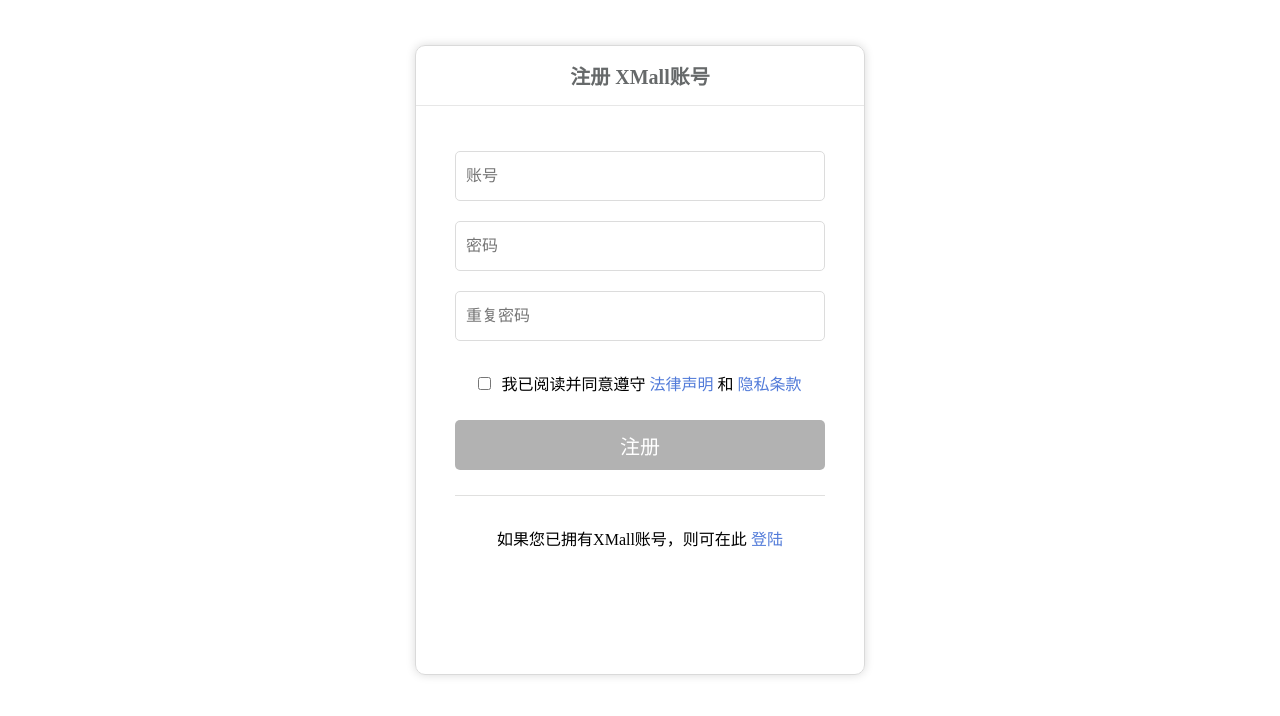
Repository: dingqihui1997/xmall-demo
Page: /signin
An editor plug-in stored every save of this project. The page is shown before and after the next save, followed by the edit.
The browser window is 1280 px wide. The pictures show the whole page.
The project was rebuilt for these pictures with package versions that can differ from the ones it lists, and the page was loaded fresh each time. Also part of the build but not shown: vue.config.js, src/views/Home.vue.

Above is the page before, as saved 2021-06-29 17:25:42.

After the next save:
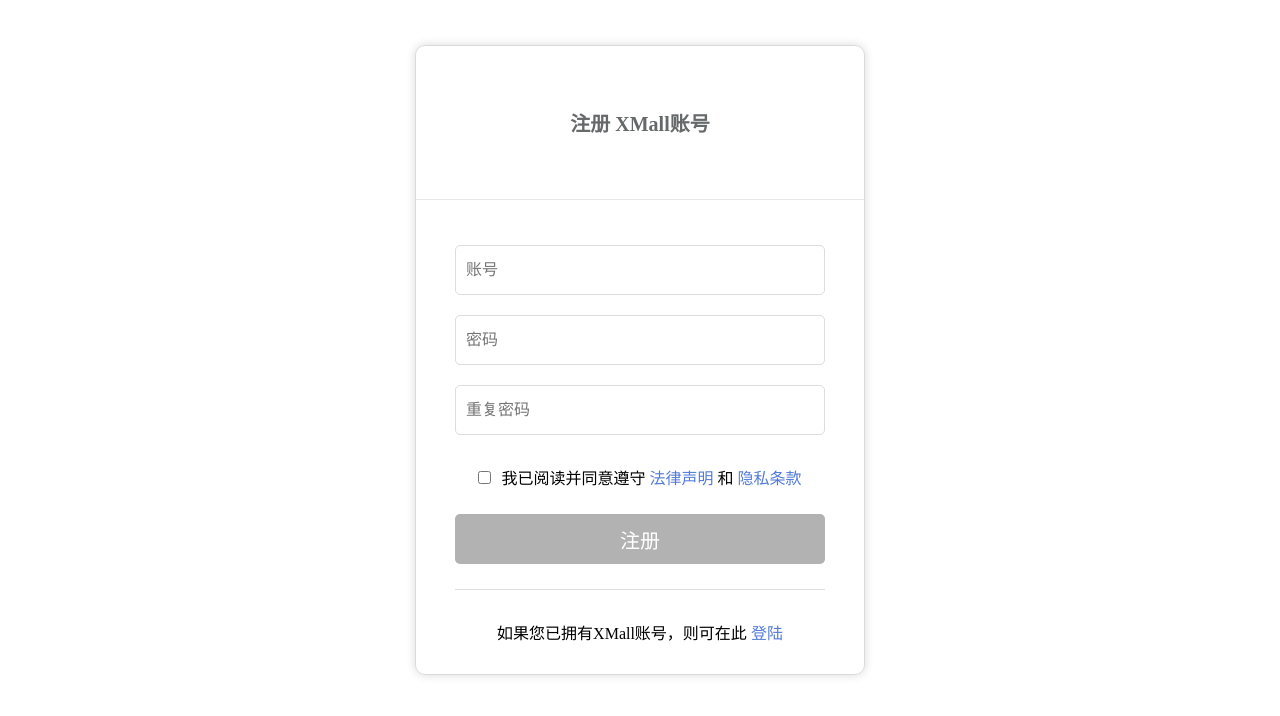
Saved 70 s later.
--- a/src/components/signin/Signin.vue
+++ b/src/components/signin/Signin.vue
@@ -122,7 +122,7 @@
   height: 100vh;
 }
 .top {
-  height: 60px;
+  height: 240px;
   border-bottom: 1px solid #e7e7e7;
   font-size: 20px;
   color: #66696a;
